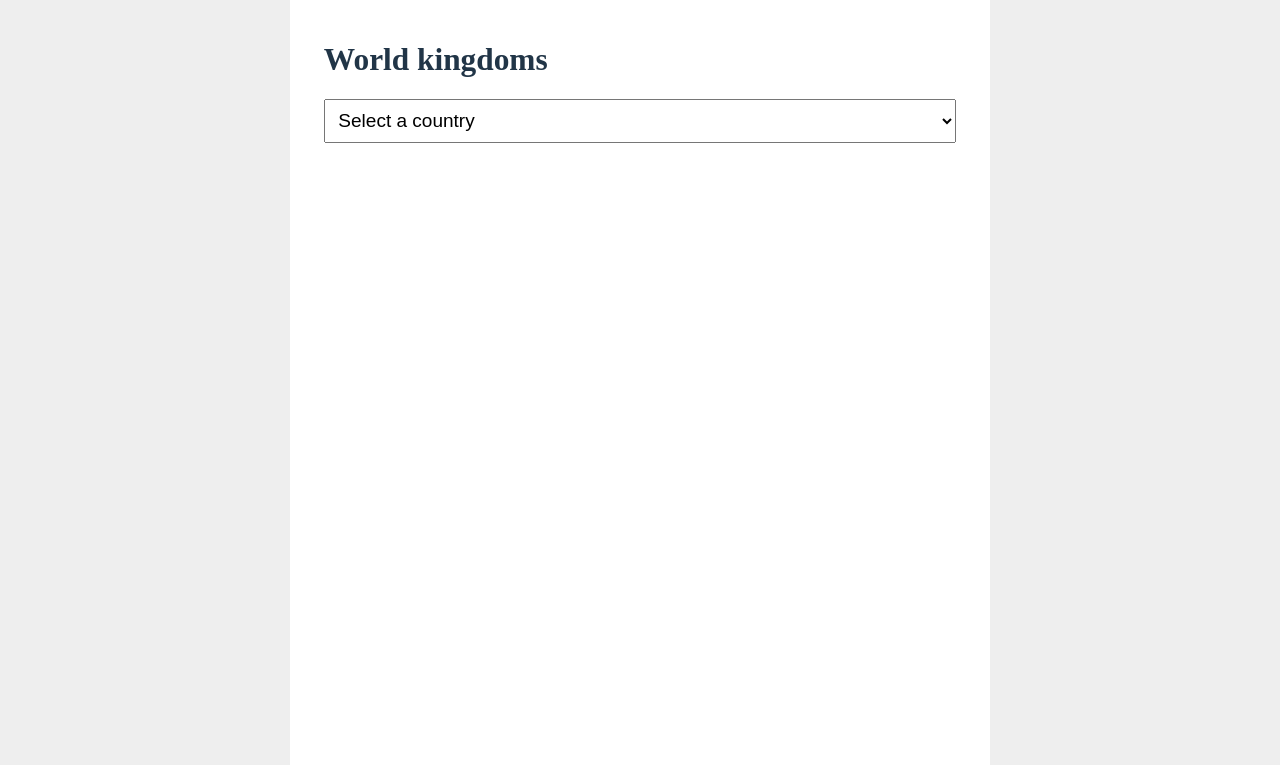
Repository: SamanthaYan298/my_world_kingdoms
Page: /
These files come from the project's save history. The page is drawn as it stood at one moment and after the next save; the edit follows.
The browser window is 1280 px wide. The pictures show the whole page.
The page's requests for data from a server got no answer. The project was rebuilt for these pictures with package versions that can differ from the ones it lists, and the page was loaded fresh each time. No one was signed in, and anything a server would have sent is missing. Also part of the build but not shown: vite.config.js, components/Details.jsx.

Above is the page before, as saved 2024-11-20 20:14:49.

After the next save:
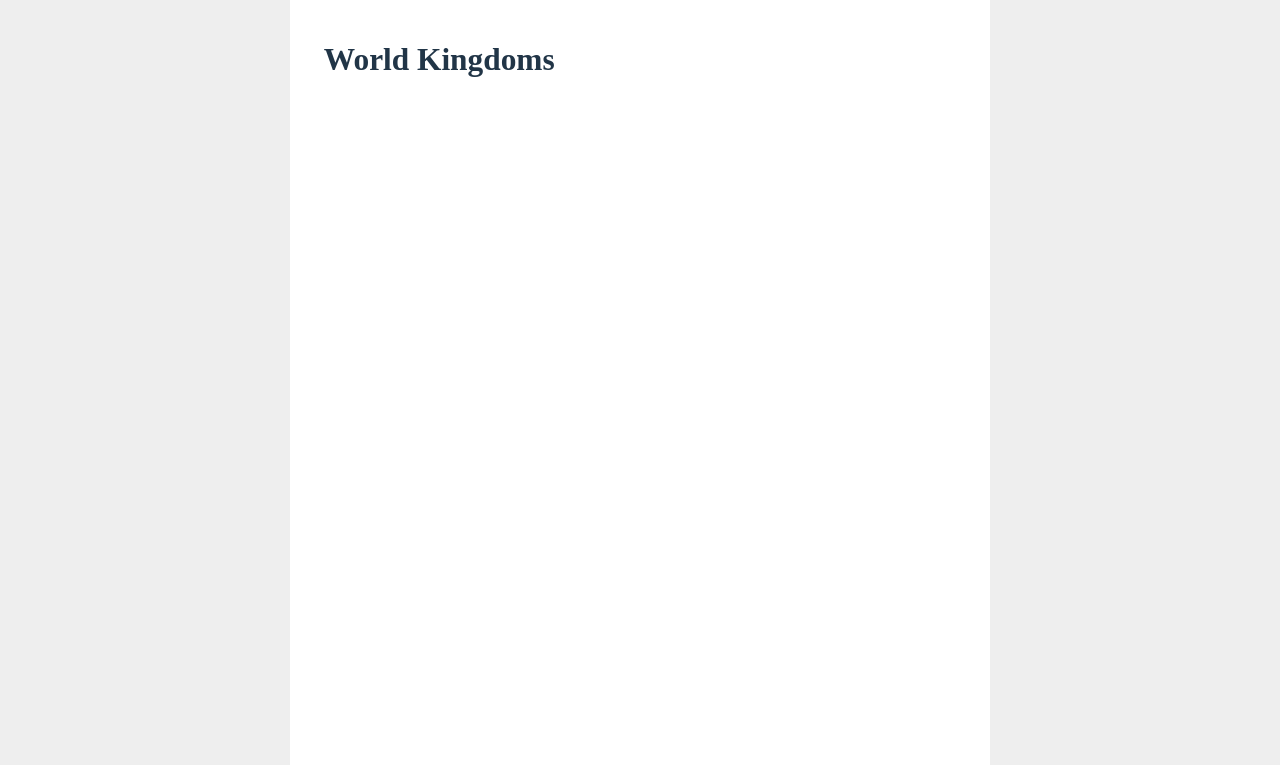
Saved 59 s later.
--- a/components/Countries.jsx
+++ b/components/Countries.jsx
@@ -1,87 +1,46 @@
-import '../src/App.css'
-import { useEffect, useState} from 'react'
+import { useEffect, useState } from 'react';
 import { useNavigate } from 'react-router-dom';
-import React from 'react';
+import './App.css';
 
-
-export default function Countries() {
-
-  const [query, setQuery] = useState('');
+function Countries() {
   const [countries, setCountries] = useState([]);
-  const [fetchStatus, setFetchStatus] = useState('idle');
   const navigate = useNavigate();
 
-  // load data on mount - only load once
+  // Load data once
   useEffect(() => {
-    const url = ` https://restcountries.com/v3.1/name/kingdom`;
-
     async function fetchData() {
-      let response, data;
-      try{
-        setFetchStatus('loading');
-        response = await fetch(url);
-        data = await response.json();
+      const url = `https://restcountries.com/v3.1/all`;  // Update to load all countries
+      try {
+        const response = await fetch(url);
+        const data = await response.json();
         setCountries(data);
-        setFetchStatus('idle');
-      } catch(e) {
-        setFetchStatus('error');
+      } catch (e) {
         console.error(e.message);
       }
     }
 
     fetchData();
-
-  }, [query]);
-
+  }, []);
 
   const handleCountryClick = (cca2) => {
+    // Navigate to the details page, passing the country data as state
     const selectedCountry = countries.find(country => country.cca2 === cca2);
     navigate(`/countries/${cca2}`, { state: selectedCountry });
   };
 
+  return (
+    <div className="countries">
+      <h1>World Kingdoms</h1>
+      <div className="country-list">
+        {countries.map((country) => (
+          <div key={country.cca2} className="country-item" onClick={() => handleCountryClick(country.cca2)}>
+            <h3>{country.name.common}</h3>
+            <img src={country.flags.png} alt={`Flag of ${country.name.common}`} />
+          </div>
+        ))}
+      </div>
+    </div>
+  );
+}
 
-    return (
-      <div className='countries'>
-       <h1>World kingdoms</h1>
-        <div className='outer-container'>
-          <select id="countries" onChange={(e) => handleCountryClick(e.target.value)}>
-            <option>Select a country</option>
-            <option value="NO">Norway</option>
-            <option value="TO">Tonga</option>
-            <option value="LS">Lesotho</option>
-            <option value="SE">Sweden</option>
-            <option value="SZ">Eswatini</option>
-            <option value="MA">Morocco</option>
-            <option value="BT">Bhutan</option>
-            <option value="JO">Jordan</option>
-            <option value="NL">Netherlands</option>
-            <option value="SA">Saudi Arabia</option>
-            <option value="DK">Denmark</option>
-            <option value="BH">Bahrain</option>
-            <option value="BE">Belgium</option>
-            <option value="ES">Spain</option>
-            <option value="KH">Cambodia</option>
-            <option value="GB">United Kingdom</option>
-            <option value="TH">Thailand</option>
-          </select>
-          {countries.map((country, index) => (
-              <div key={index} className='cards-container'>
-                <h1>{country.name.official}</h1>
-                <img src={country.flags.png} alt={`Flag of ${country.name.common}`} />
-                <h4 className='name'>{country.name.common}</h4>
-                <div className='country-info'>
-                  <p>
-                    <span><strong>Capital: </strong></span>
-                    <span>{country.capital}</span>
-                  </p>
-                  <p>
-                    <span><strong>Location in: </strong></span>
-                    <span className='borders'>{country.subregion}</span>
-                  </p>
-                </div>
-              </div>
-            ))}
-        </div>
-      </div>
-    );
-  }
+export default Countries;

After the 2 saves that followed:
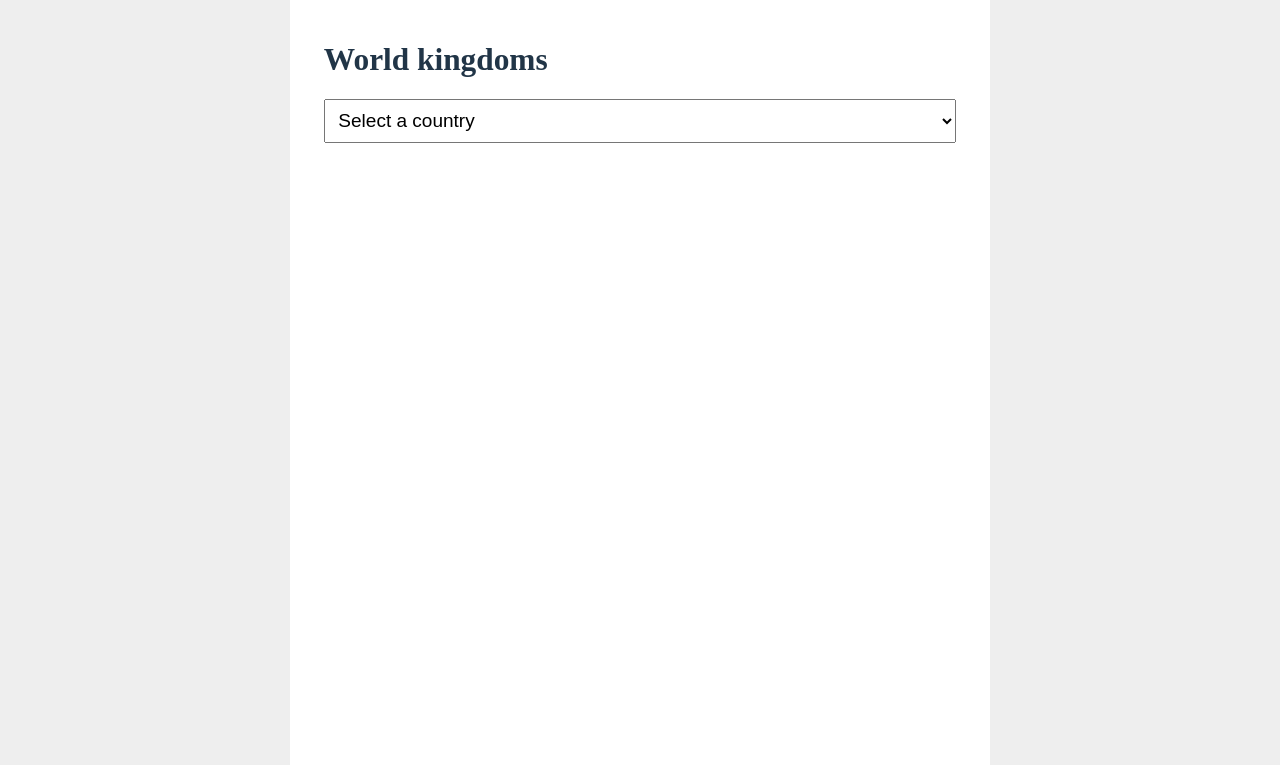
The 2 saves are shown as one change because 1 left the picture as it was.
The last was saved 45 s later.
--- a/components/Countries.jsx
+++ b/components/Countries.jsx
@@ -1,46 +1,87 @@
-import { useEffect, useState } from 'react';
+import '../src/App.css'
+import { useEffect, useState} from 'react'
 import { useNavigate } from 'react-router-dom';
-import './App.css';
+import React from 'react';
 
-function Countries() {
+
+export default function Countries() {
+
+  const [query, setQuery] = useState('');
   const [countries, setCountries] = useState([]);
+  const [fetchStatus, setFetchStatus] = useState('idle');
   const navigate = useNavigate();
 
-  // Load data once
+  // load data on mount - only load once
   useEffect(() => {
+    const url = ` https://restcountries.com/v3.1/name/kingdom`;
+
     async function fetchData() {
-      const url = `https://restcountries.com/v3.1/all`;  // Update to load all countries
-      try {
-        const response = await fetch(url);
-        const data = await response.json();
+      let response, data;
+      try{
+        setFetchStatus('loading');
+        response = await fetch(url);
+        data = await response.json();
         setCountries(data);
-      } catch (e) {
+        setFetchStatus('idle');
+      } catch(e) {
+        setFetchStatus('error');
         console.error(e.message);
       }
     }
 
     fetchData();
-  }, []);
+
+  }, [query]);
+
 
   const handleCountryClick = (cca2) => {
-    // Navigate to the details page, passing the country data as state
     const selectedCountry = countries.find(country => country.cca2 === cca2);
     navigate(`/countries/${cca2}`, { state: selectedCountry });
   };
 
-  return (
-    <div className="countries">
-      <h1>World Kingdoms</h1>
-      <div className="country-list">
-        {countries.map((country) => (
-          <div key={country.cca2} className="country-item" onClick={() => handleCountryClick(country.cca2)}>
-            <h3>{country.name.common}</h3>
-            <img src={country.flags.png} alt={`Flag of ${country.name.common}`} />
-          </div>
-        ))}
+
+    return (
+      <div className='countries'>
+       <h1>World kingdoms</h1>
+        <div className='outer-container'>
+          <select id="countries" onChange={(e) => handleCountryClick(e.target.value)}>
+            <option>Select a country</option>
+            <option value="NO">Norway</option>
+            <option value="TO">Tonga</option>
+            <option value="LS">Lesotho</option>
+            <option value="SE">Sweden</option>
+            <option value="SZ">Eswatini</option>
+            <option value="MA">Morocco</option>
+            <option value="BT">Bhutan</option>
+            <option value="JO">Jordan</option>
+            <option value="NL">Netherlands</option>
+            <option value="SA">Saudi Arabia</option>
+            <option value="DK">Denmark</option>
+            <option value="BH">Bahrain</option>
+            <option value="BE">Belgium</option>
+            <option value="ES">Spain</option>
+            <option value="KH">Cambodia</option>
+            <option value="GB">United Kingdom</option>
+            <option value="TH">Thailand</option>
+          </select>
+          {countries.map((country, index) => (
+              <div key={index} className='cards-container'>
+                <h1>{country.name.official}</h1>
+                <img src={country.flags.png} alt={`Flag of ${country.name.common}`} />
+                <h4 className='name'>{country.name.common}</h4>
+                <div className='country-info'>
+                  <p>
+                    <span><strong>Capital: </strong></span>
+                    <span>{country.capital}</span>
+                  </p>
+                  <p>
+                    <span><strong>Location in: </strong></span>
+                    <span className='borders'>{country.subregion}</span>
+                  </p>
+                </div>
+              </div>
+            ))}
+        </div>
       </div>
-    </div>
-  );
-}
-
-export default Countries;
+    );
+  }
